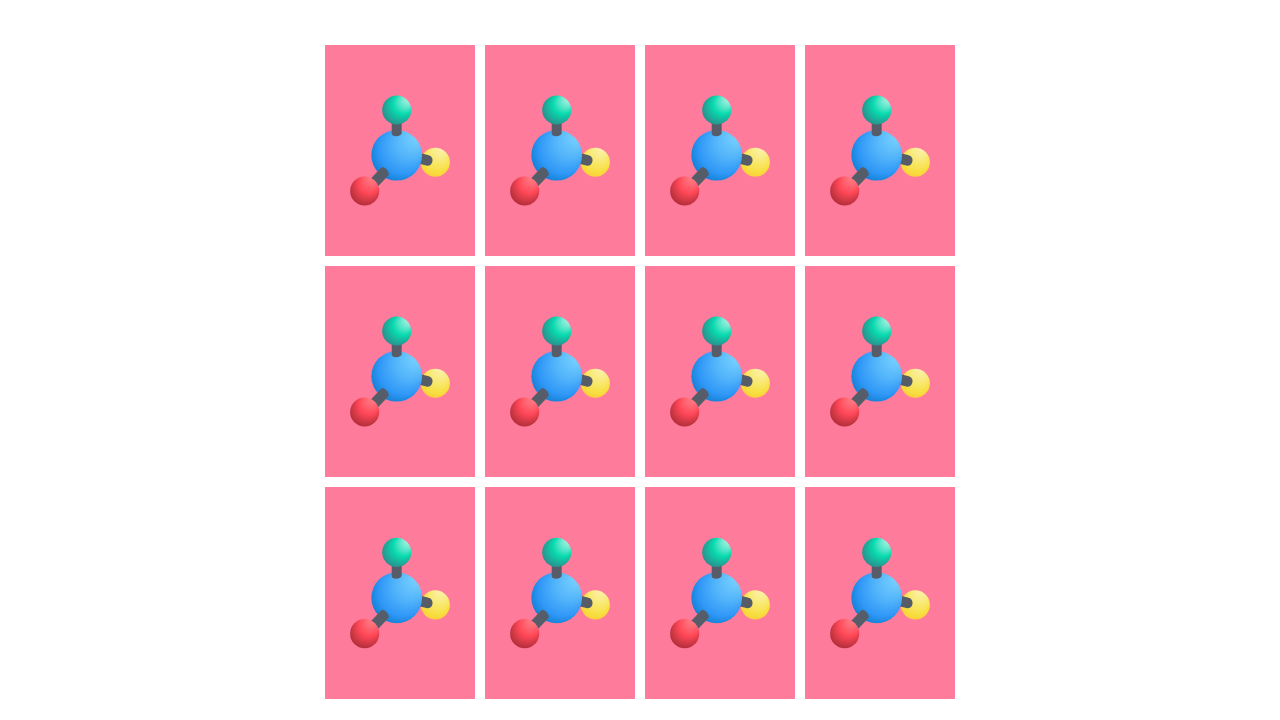
Repository: LeviUmr/JogoDaMemoria
Page: index.html
An editor plug-in stored every save of this project. The page is shown before and after a run of saves, followed by the edit.
The browser window is 1280 px wide. The pictures show the whole page.
Pictures or frames that could not be fetched are drawn as grey boxes.

Above is the page before, as saved 2020-09-16 20:00:33.

After the next 4 saves:
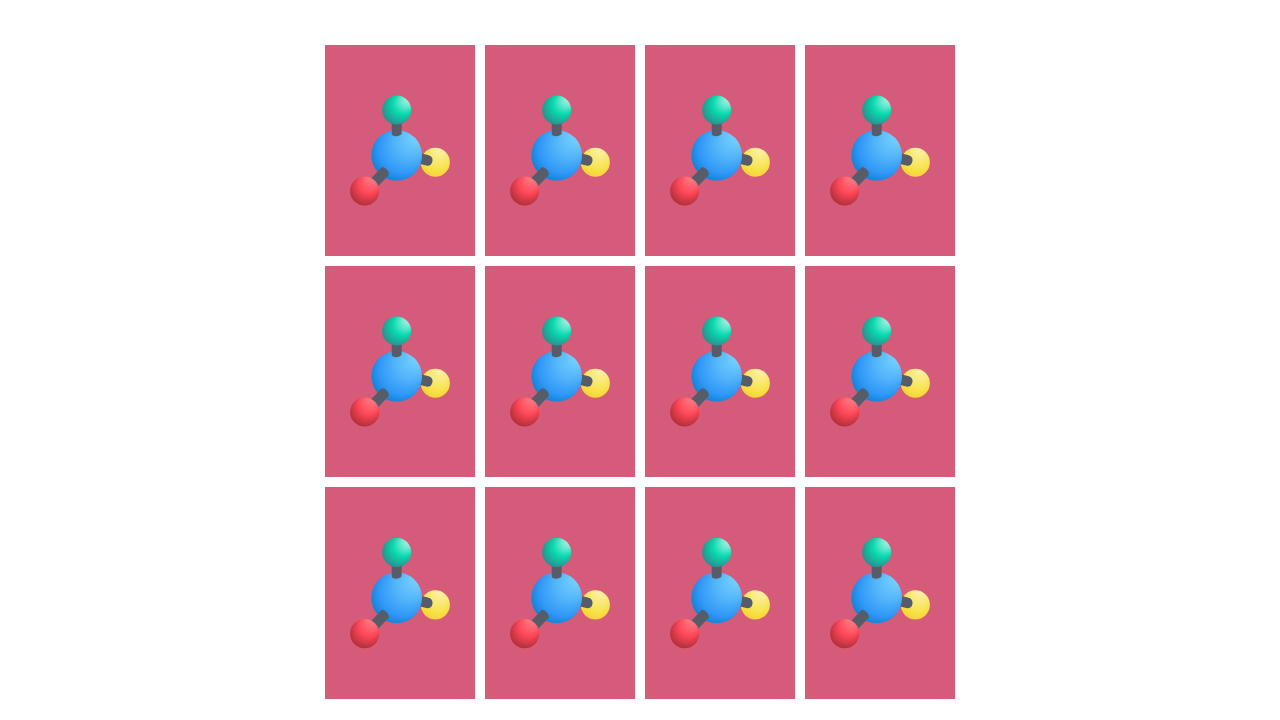
The 4 saves are shown as one change because they came seconds apart.
The last was saved 10 s later.
--- a/style.css
+++ b/style.css
@@ -25,7 +25,7 @@ body{
 
 .front,
 .back{
-    background: #ff7b9c;
+    background: #d45b79;
     width: 100%;
     height: 100%;
     padding: 20px;
